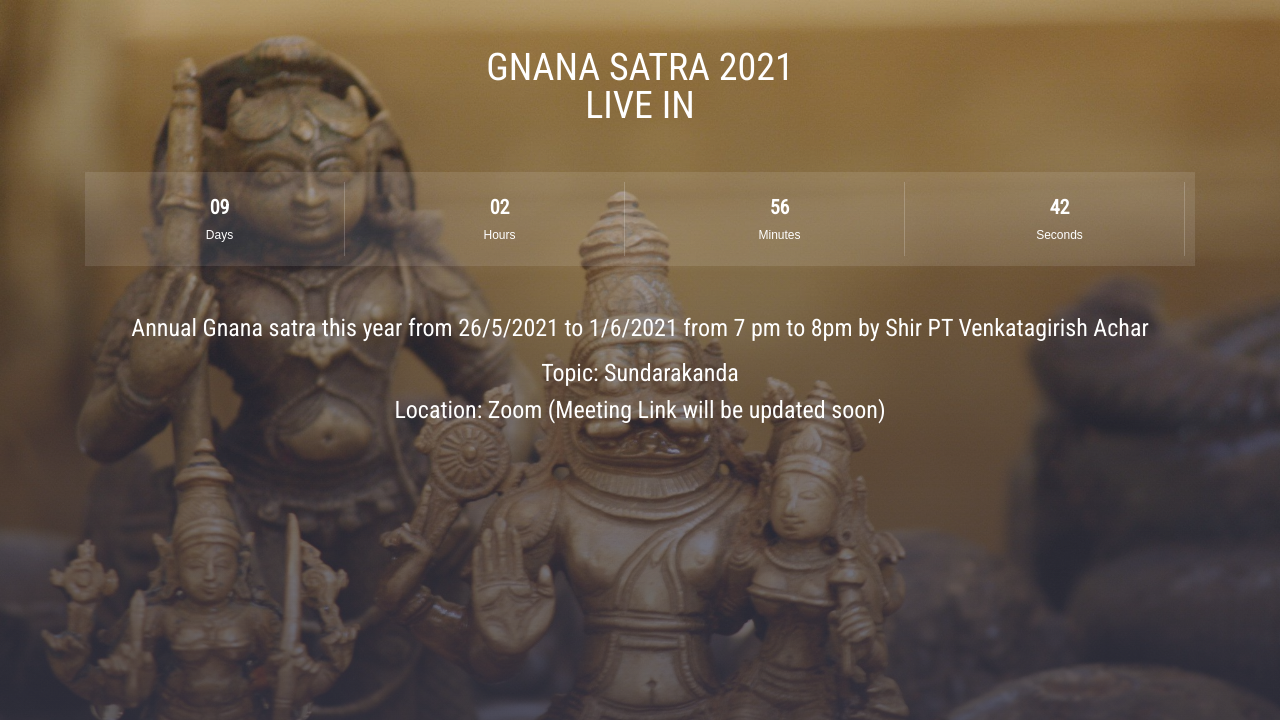
Repository: anirudhbichal/gs
Page: /
These files come from the project's save history. The page is drawn as it stood at one moment and after the next save; the edit follows.
The browser window is 1280 px wide. The pictures show the whole page.
Some web fonts or font styles are not loaded; a fallback is used. The project was rebuilt for these pictures with package versions that can differ from the ones it lists, and the page was loaded fresh each time.

Above is the page before, as saved 2021-05-17 17:53:49.

After the next save:
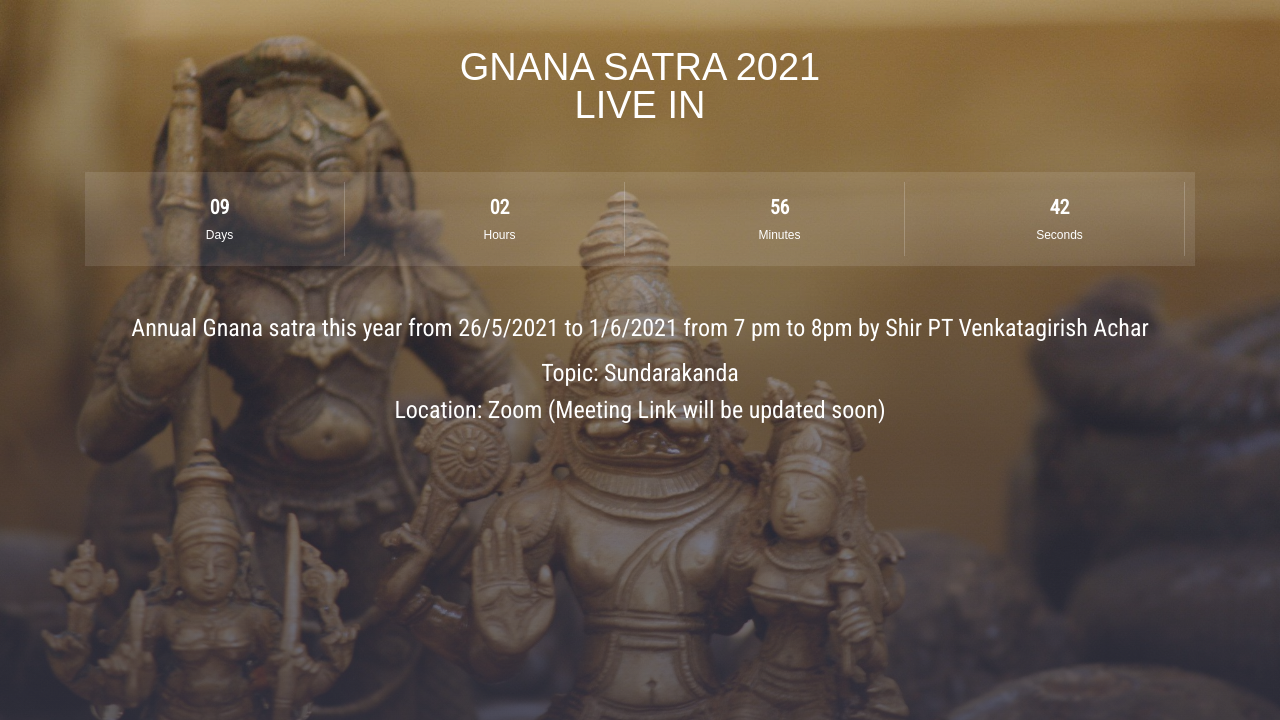
Saved 2 min 7 s later.
--- a/src/App.css
+++ b/src/App.css
@@ -1,4 +1,5 @@
 @import url("https://fonts.googleapis.com/css?family=Roboto+Condensed&display=swap");
+@import url('http://fonts.cdnfonts.com/css/samarkan');
 
 body {
   color: #fff;
@@ -26,6 +27,7 @@ body {
 }
 
 h1 {
+  font-family: 'Samarkan', sans-serif;
   font-size: 38px;
   text-transform: uppercase;
   line-height: 1;
